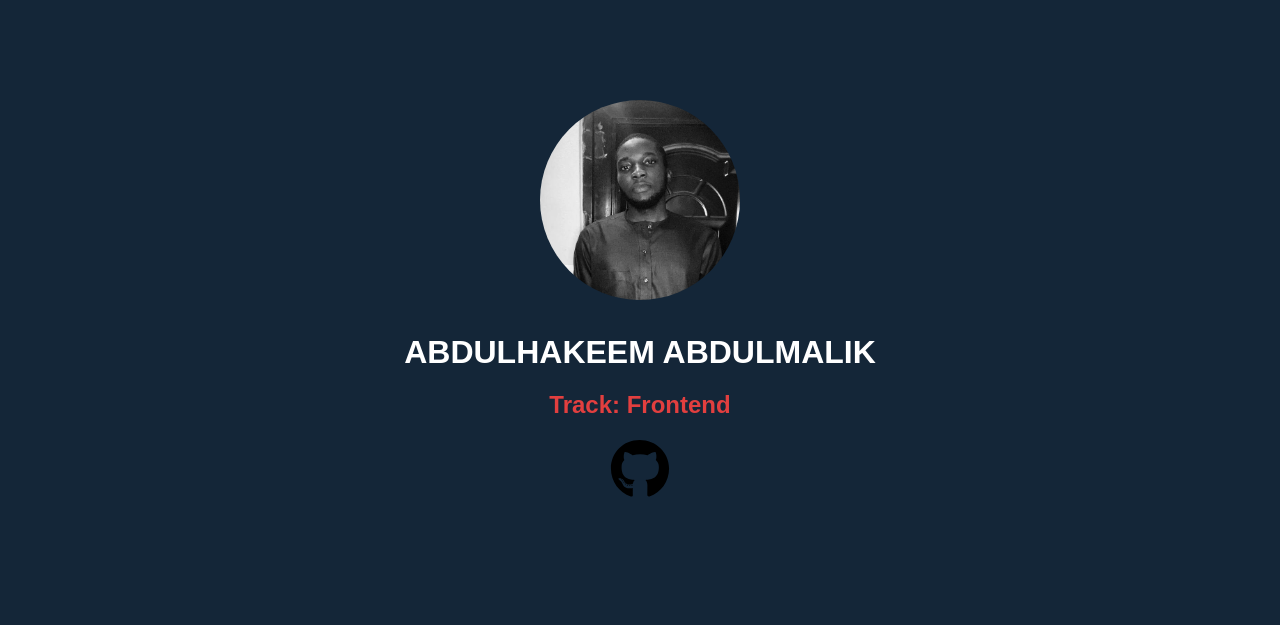
Repository: malikhakeem/HNG-TASK
Page: HNG-TASK1.html
These files come from the project's save history. The page is drawn as it stood at one moment and after the next save; the edit follows.
The browser window is 1280 px wide. The pictures show the whole page.

Above is the page before, as saved 2023-09-09 07:59:58.
Console error: ReferenceError: currentTimeMillis is not defined

After the next save:
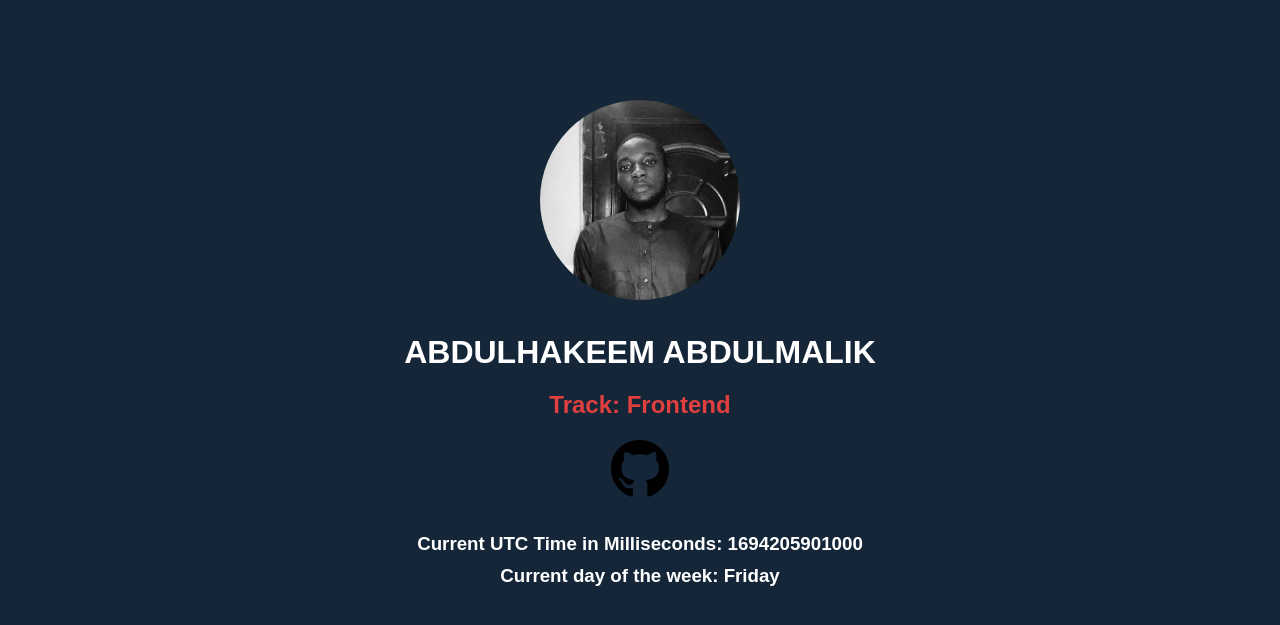
The error is gone.
Saved 14 s later.
--- a/HNG-TASK.js
+++ b/HNG-TASK.js
@@ -1,27 +1,27 @@
 
-function updateTime() {
-    let currentTime = new Date();
-    let currentTimeMillis = currentTime.getTime();
+// function updateTime() {
+//     let currentTime = new Date();
+//     let currentTimeMillis = currentTime.getTime();
 
 
-    console.log("Current time in milliseconds: " + currentTimeMillis);
+//     console.log("Current time in milliseconds: " + currentTimeMillis);
 
- }
+//  }
 
- setInterval(updateTime, 1000); // Run updateTime() every second
+//  setInterval(updateTime, 1000); // Run updateTime() every second
 
 
-// let currentTime = new Date();
-// let currentTimeMillis = currentTime.getTime();
-// let currentUTCTime = currentTime.toUTCString();
+let currentTime = new Date();
+let currentTimeMillis = currentTime.getTime();
+let currentUTCTime = currentTime.toUTCString();
 
-// console.log("Current time in milliseconds: " + currentTimeMillis);
-// console.log("Current time in UTC: " + currentUTCTime);
+console.log("Current time in milliseconds: " + currentTimeMillis);
+console.log("Current time in UTC: " + currentUTCTime);
 
 
-// //  setInterval(updateTime, 1000); // Run updateTime() every second
+//  setInterval(updateTime, 1000); // Run updateTime() every second
 
 
-// var dateObj = new Date()
-// var weekday = dateObj.toLocaleString("default", { weekday: "long" })
-// // weekday = "Saturday"
+var dateObj = new Date()
+var weekday = dateObj.toLocaleString("default", { weekday: "long" })
+// weekday = "Saturday"
